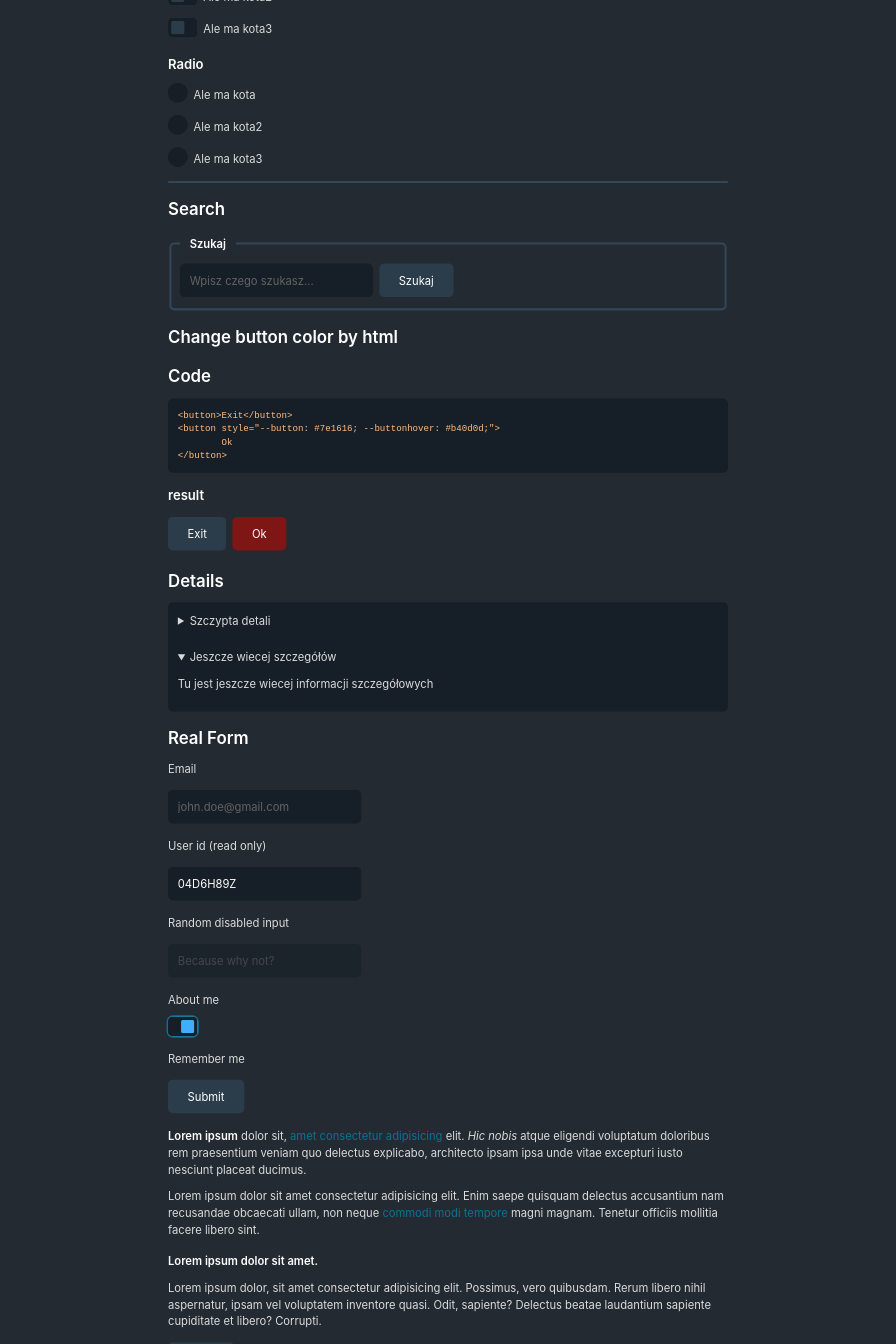
Repository: KozakBartosz/Draft
Page: index.html
These files come from the project's save history. The page is drawn as it stood at one moment and after the next save; the edit follows.
The browser window is 1280 px wide. The pictures show the part of the page from y = 2669 to 4589 px (the page is 4660 px tall), at 70% of full size.

Above is the page before, as saved 2019-04-12 08:50:18.

After the next save:
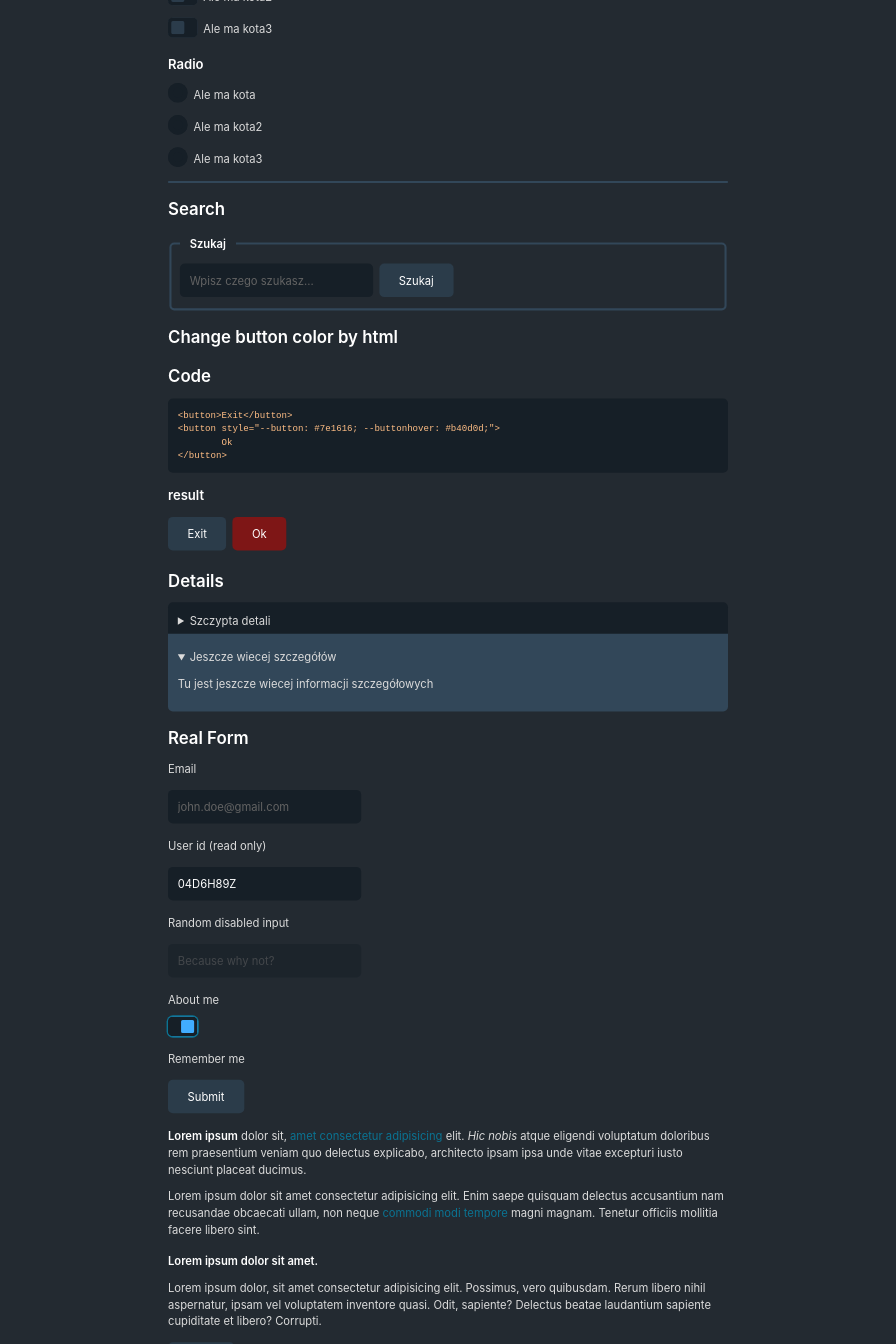
Saved 59 s later.
--- a/draft.css
+++ b/draft.css
@@ -337,6 +337,9 @@ details + details {
 	border-top: none;
 	border-radius: 0 0 var(--radius) var(--radius);
 }
+details[open] {
+	background: var(--midi);
+}
 
 table {
 	/* border-collapse: collapse; */
